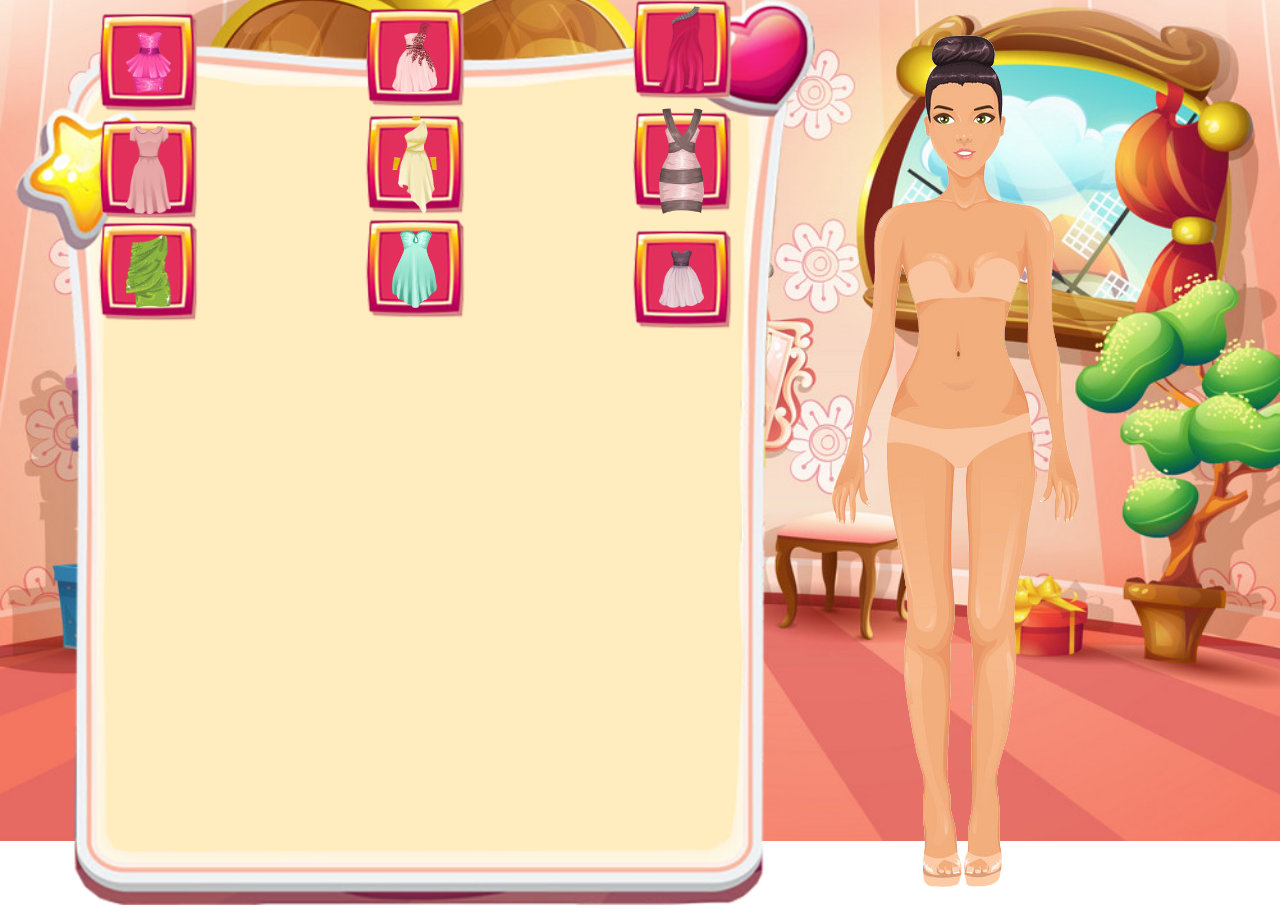
Repository: bunbubam/GameThayDoReactjs_NguyenKhacNghia
Page: /
These files come from the project's save history. The page is drawn as it stood at one moment and after the next save; the edit follows.
The browser window is 1280 px wide. The pictures show the whole page.
The project was rebuilt for these pictures with package versions that can differ from the ones it lists, and the page was loaded fresh each time.

Above is the page before, as saved 2022-03-30 16:00:27.

After the next save:
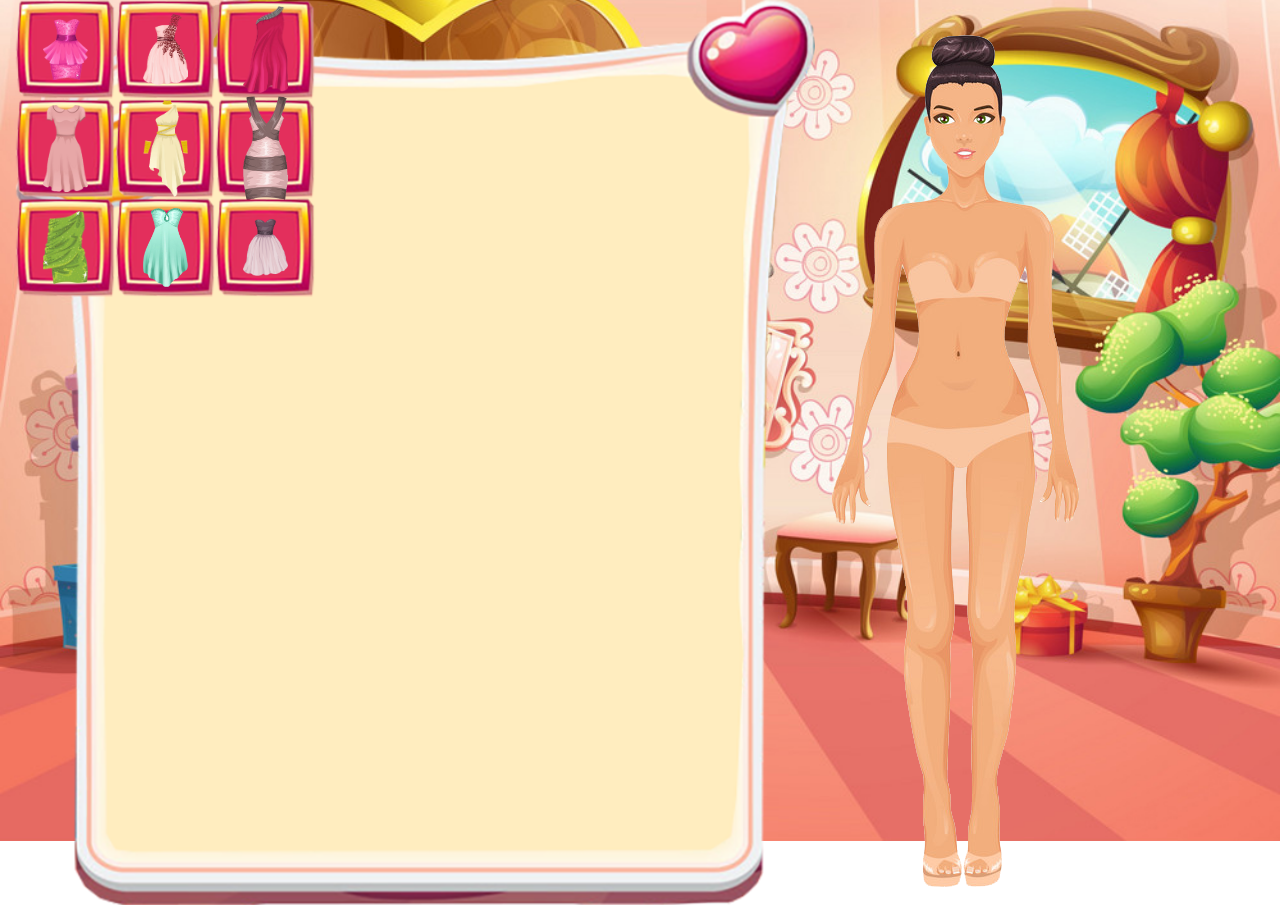
Saved 4 s later.
--- a/src/App.css
+++ b/src/App.css
@@ -16,12 +16,6 @@ body {
     width: 800px;
     height: 905px;
 }
-.clothing-flex {
-    display: flex;
-    flex-direction: row;
-    justify-content: space-around;
-    align-items: baseline;
-}
 .clothing-item {
     background: url(gamethaydo/images/menu.png) no-repeat;
     width: 100px;
